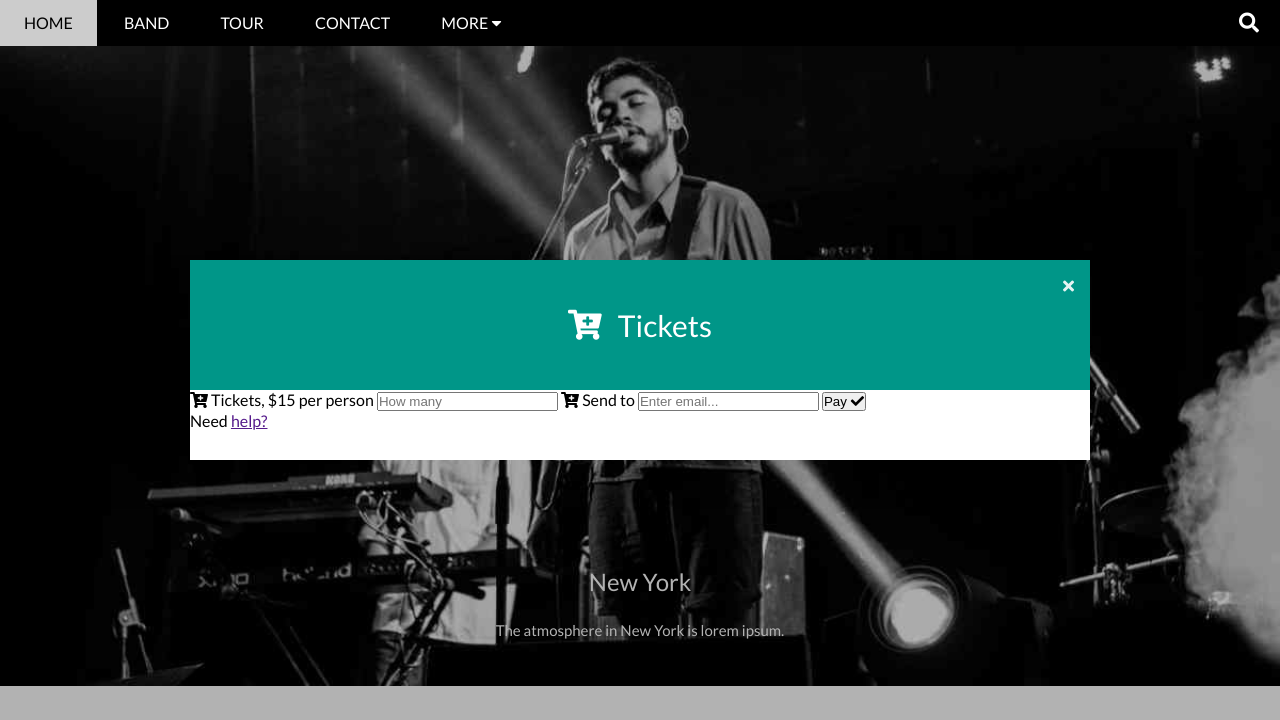
Repository: phunobi1807/theband
Page: index.html
An editor plug-in stored every save of this project. The page is shown before and after the next save, followed by the edit.
The browser window is 1280 px wide. The pictures show the window.
A layer covers the whole window, so only the first screen is drawn.

Above is the page before, as saved 2021-07-16 19:55:10.

### index.html
<!DOCTYPE html>
<html lang="en">

<head>
    <meta charset="UTF-8">
    <meta http-equiv="X-UA-Compatible" content="IE=edge">
    <meta name="viewport" content="width=device-width, initial-scale=1.0">
    <title>Document</title>
    <link rel="icon" href="favicon.ico" type="/assets/img/bandmember.jpg" />
    <link rel="stylesheet" href="./assets/css/style.css">
    <link rel="stylesheet" href="https://use.fontawesome.com/releases/v5.15.3/css/all.css"
        integrity="sha384-SZXxX4whJ79/gErwcOYf+zWLeJdY/qpuqC4cAa9rOGUstPomtqpuNWT9wdPEn2fk" crossorigin="anonymous">
</head>

<body>
    <div id="main">
        <div id="header">
            <!-- Begin: Nav  -->
            <ul id="nav">
                <li><a href="">Home</a></li>
                <li><a href="">Band</a></li>
                <li><a href="">Tour</a></li>
                <li><a href="">Contact</a></li>
                <li>
                    <a href="">
                        More
                        <i class="fa fa-caret-down"></i>

                    </a>
                    <ul class="subnav">
                        <li><a href="">Merchandise</a></li>
                        <li><a href="">Extras</a></li>
                        <li><a href="">Media</a></li>
                    </ul>
                </li>
            </ul>
            <!-- END: Nav  -->


            <!-- Begin: Search  -->
            <div class="search-btn">
                <i class="search-icon fas fa-search"></i>
            </div>
            <!-- END: Search  -->
        </div>

        <div id="slider">
            <div class="text-content">
                <h2 class="text-heading">
                    New York
                </h2>
                <div class="text-description">
                    The atmosphere in New York is lorem ipsum.
                </div>
            </div>
        </div>

        <div id="content">

            <!-- About Section  -->
            <div class="content-section">
                <h2 class="section-heading">
                    THE BAND
                </h2>
                <p class="section-sub-heading">
                    We love music
                </p>
                <p class="about-text">
                    We have created a fictional band website. Lorem ipsum dolor sit amet, consectetur adipiscing elit,
                    sed do eiusmod tempor incididunt ut labore et dolore magna aliqua. Ut enim ad minim veniam, quis
                    nostrud exercitation ullamco laboris nisi ut aliquip
                    ex ea commodo consequat. Duis aute irure dolor in reprehenderit in voluptate velit esse cillum
                    dolore eu fugiat nulla pariatur. Excepteur sint occaecat cupidatat non proident, sunt in culpa qui
                    officia deserunt mollit anim id est laborum consectetur
                    adipiscing elit, sed do eiusmod tempor incididunt ut labore et dolore magna aliqua. Ut enim ad minim
                    veniam, quis nostrud exercitation ullamco laboris nisi ut aliquip ex ea commodo consequat.
                </p>
                <div class="members-list">
                    <div class="member-item">
                        <p class="member-name">
                            Name
                        </p>
                        <img src="./assets/img/bandmember.jpg" alt="Name" class="member-img">
                    </div>
                    <div class="member-item">
                        <p class="member-name">
                            Name
                        </p>
                        <img src="./assets/img/bandmember.jpg" alt="Name" class="member-img">
                    </div>
                    <div class="member-item">
                        <p class="member-name">
                            Name
                        </p>
                        <img src="./assets/img/bandmember.jpg" alt="Name" class="member-img">
                    </div>
                </div>
                <div class="clear"></div>
            </div>

            <!-- Tour Section  -->
            <div class="tour-section">
                <div class="content-section">
                    <h2 class="section-heading text-white">
                        TOUR DATES
                    </h2>
                    <p class="section-sub-heading text-white">
                        Remember to book your tickets!
                    </p>
                    <ul class="tickets-list">
                        <li>September <span class="sold-out">Sold out</span></li>
                        <li>October <span class="sold-out">Sold out</span></li>
                        <li>November <span class="quantity">3</span></li>
                    </ul>
                    <!-- Places  -->
                    <div class="places-list">
                        <div class="place-item">
                            <img src="./assets/img/place1.jpg" alt="New York" class="place-img">
                            <div class="place-body">
                                <h3 class="place-heading">
                                    New York
                                </h3>
                                <p class="place-time">
                                    Fri 27 Nov 2016
                                </p>
                                <p class="place-description">
                                    Praesent tincidunt sed tellus ut rutrum sed vitae justo.
                                </p>
                                <a href="#" class="place-buy-btn" onclick="myFunction()">Buy Tickets</a>
                            </div>
                        </div>
                        <div class="place-item">
                            <img src="./assets/img/place2.jpg" alt="New York" class="place-img">
                            <div class="place-body">
                                <h3 class="place-heading">
                                   Paris
                                </h3>
                                <p class="place-time">
                                    Fri 28 Nov 2016
                                </p>
                                <p class="place-description">
                                    Praesent tincidunt sed tellus ut rutrum sed vitae justo.
                                </p>
                                <a href="#" class="place-buy-btn" onclick="myFunction()">Buy Tickets</a>
                            </div>
                        </div>
                        <div class="place-item">
                            <img src="./assets/img/place3.jpg" alt="New York" class="place-img">
                            <div class="place-body">
                                <h3 class="place-heading">
                                    San Francisco
                                </h3>
                                <p class="place-time">
                                    Fri 29 Nov 2016
                                </p>
                                <p class="place-description">
                                    Praesent tincidunt sed tellus ut rutrum sed vitae justo.
                                </p>
                                <a href="#" class="place-buy-btn" onclick="myFunction()">Buy Tickets</a>
                            </div>
                        </div>
                        <div class="clear"></div>
                    </div>
                </div>
            </div>

            <!-- Contact Section  -->
            <div class="content-section">
                <h2 class="section-heading">
                    CONTACT
                </h2>
                <p class="section-sub-heading">
                    Fan? Drop a note!
                </p>
            </div>
        </div>


        <div id="footer">

        </div>
    </div>
    <div class="modal">
            <div class="modal-container">
                <div class="modal-close">
                    <i class="fas fa-times"></i>
                </div>
                <header class="modal-header">
                    <i class="modal-heading-icon fas fa-cart-plus"></i>
                    Tickets
                </header>
                <div class="modal-body">
                    <label for="" class="modal-label">
                        <i class="fas fa-cart-plus"></i>
                        Tickets, $15 per person
                    </label>
                    <input type="text" class="modal-input" placeholder="How many">

                    <label for="" class="modal-label">
                        <i class="fas fa-cart-plus"></i>
                        Send to
                    </label>
                    <input type="email" class="modal-input" placeholder="Enter email...">

                    <button id="buy-tickets">
                        Pay
                        <i class="fas fa-check"></i>
                    </button>
                </div>

                <footer class="modal-footer">
                    <p class="modal-help">
                        Need
                        <a href="">help?</a>
                    </p>
                </footer>
            </div>
    </div>

</body>

</html>

### assets/css/style.css
/* Reset CSS  */

@import url(https://fonts.googleapis.com/css2?family=Lato:wght@100;200;300;400;500;600;800;900&display=swap);
* {
    padding: 0;
    margin: 0;
    box-sizing: border-box;
}

html {
    scroll-behavior: smooth;
    font-family: 'Lato', sans-serif;
}

/*
1.Từ ngoài vào trong
2.Từ trên xuống dưới
3.Tổng quan đến chi tiết
 */

/* 1.Vị trí
    2.Kích thướt
    3.Màu sắc
    4.Kiểu dáng
 */

.clear {
    clear: both;
}

.text-white {
    color: #fff !important;
}

#header {
    height: 46px;
    background-color: #000;
    position: fixed;
    top: 0;
    left: 0;
    right: 0;
    z-index: 1;
}

#nav {
    display: inline-block;
}

#nav, .subnav {
    list-style-type: none;
}

#nav>li {
    display: inline-block;
}

#nav li {
    position: relative;
}

#nav>li:hover>a, #nav .subnav li:hover a {
    color: #000;
    background-color: #ccc;
}

#nav>li>a {
    color: #fff;
    text-transform: uppercase;
}

#nav li a {
    line-height: 46px;
    padding: 0px 24px;
    text-decoration: none;
    display: block;
}

#nav li:hover .subnav {
    display: block;
}

#nav .subnav {
    display: none;
    min-width: 160px;
    position: absolute;
    top: 100%;
    background-color: #fff;
    box-shadow: 0 0 10px rgba(0, 0, 0, 0.3);
}

#nav .subnav a {
    color: #000;
    padding: 0px 12px;
    line-height: 38px;
}

#header .search-btn {
    float: right;
    padding: 0px 21px;
}

#header .search-btn:hover {
    background-color: #f44336;
    cursor: pointer;
}

#header .search-icon {
    color: #fff;
    font-size: 20px;
    line-height: 46px;
}

#slider {
    position: relative;
    margin-top: 46px;
    padding-top: 50%;
    background: url('/assets/img/chicago.jpg') center / cover no-repeat;
}

#slider .text-content {
    position: absolute;
    bottom: 47px;
    color: #fff;
    text-align: center;
    width: 100%;
}

#slider .text-heading {
    font-weight: 500;
    font-size: 24px;
}

#slider .text-description {
    font-size: 15px;
    margin-top: 25px;
}

#content {}

#content .content-section {
    width: 800px;
    padding: 64px 0px;
    margin: auto;
}

#content .section-heading {
    font-size: 30px;
    text-align: center;
    font-weight: 500;
    letter-spacing: 4px;
}

#content .section-sub-heading {
    font-size: 15px;
    text-align: center;
    margin: 25px 0px;
    font-style: italic;
    opacity: 0.6;
}

#content .about-text {
    font-size: 15px;
    text-align: justify;
    line-height: 1.4;
}

#content .members-list {
    margin-top: 48px;
}

#content .member-item {
    float: left;
    width: 33.3333333%;
    text-align: center;
}

#content .member-name {
    font-size: 15px;
}

#content .member-img {
    margin-top: 15px;
    width: 154px;
    border-radius: 4px;
}

/* Tour section  */

.tour-section {
    background-color: #000;
}

.tickets-list {
    background-color: #fff;
    margin-top: 40px;
}

.tickets-list li {
    color: #757575;
    font-size: 15px;
    padding: 11px 16px;
    list-style-type: none;
    border-bottom: 1px solid #ddd;
}

.tickets-list .sold-out {
    background-color: #f44336;
    color: #fff;
    padding: 3px 4px;
    margin-left: 16px;
}

.tickets-list .quantity {
    float: right;
    width: 24px;
    height: 24px;
    background-color: #000;
    color: #fff;
    border-radius: 50%;
    text-align: center;
    line-height: 24px;
    margin-top: -2px;
}

/* Places  */

.places-list {
    margin: 32px -8px 0px;
    padding-bottom: 48px;
}

.place-item {
    float: left;
    width: 33.333333%;
    padding: 0px 8px;
}

.place-img {
    width: 100%;
    display: block;
}

.place-img:hover {
    opacity: 0.6;
}

.place-body {
    padding: 16px;
    font-size: 15px;
    background-color: #fff;
}

.place-heading {
    font-size: 15px;
    font-weight: 600;
}

.place-time {
    margin-top: 15px;
    color: #757575;
}

.place-description {
    margin-top: 15px;
    line-height: 1.4;
}

.place-buy-btn {
    color: #fff;
    background-color: #000;
    text-decoration: none;
    padding: 11px 16px;
    display: inline-block;
    margin-top: 15px;
}

.place-buy-btn:hover {
    color: #000;
    background-color: #ccc;
}

.modal {
    position: fixed;
    top: 0;
    right: 0;
    bottom: 0;
    left: 0;
    background-color: rgba(0, 0, 0, 0.3);
    display: flex;
    align-items: center;
    justify-content: center;
}

.modal-container {
    position: relative;
    background: #fff;
    width: 900px;
    min-height: 200px;
}

.modal-close {
    position: absolute;
    right: 0;
    top: 0;
    color: #fff;
    padding: 16px;
    cursor: pointer;
    opacity: 0.9;
}

.modal-close:hover{
    opacity: 1;
} header.modal-header {
    background: #009688;
    height: 130px;
    display: flex;
    align-items: center;
    justify-content: center;
    font-size: 30px;
    color: #fff;
}

.modal-heading-icon {
    margin-right: 16px;
}

After the next save:
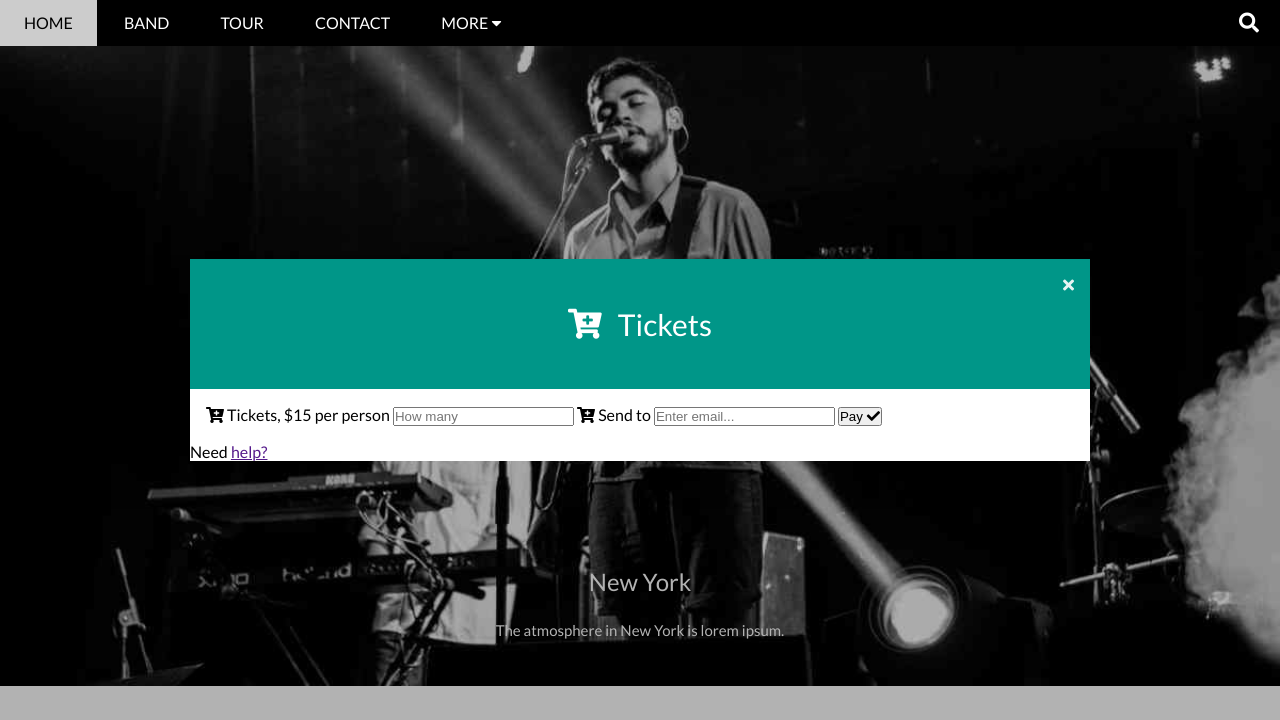
Saved 61 s later.
--- a/assets/css/style.css
+++ b/assets/css/style.css
@@ -323,3 +323,8 @@ html {
 .modal-heading-icon {
     margin-right: 16px;
 }
+.modal-body
+{
+    padding: 16px;
+
+}
